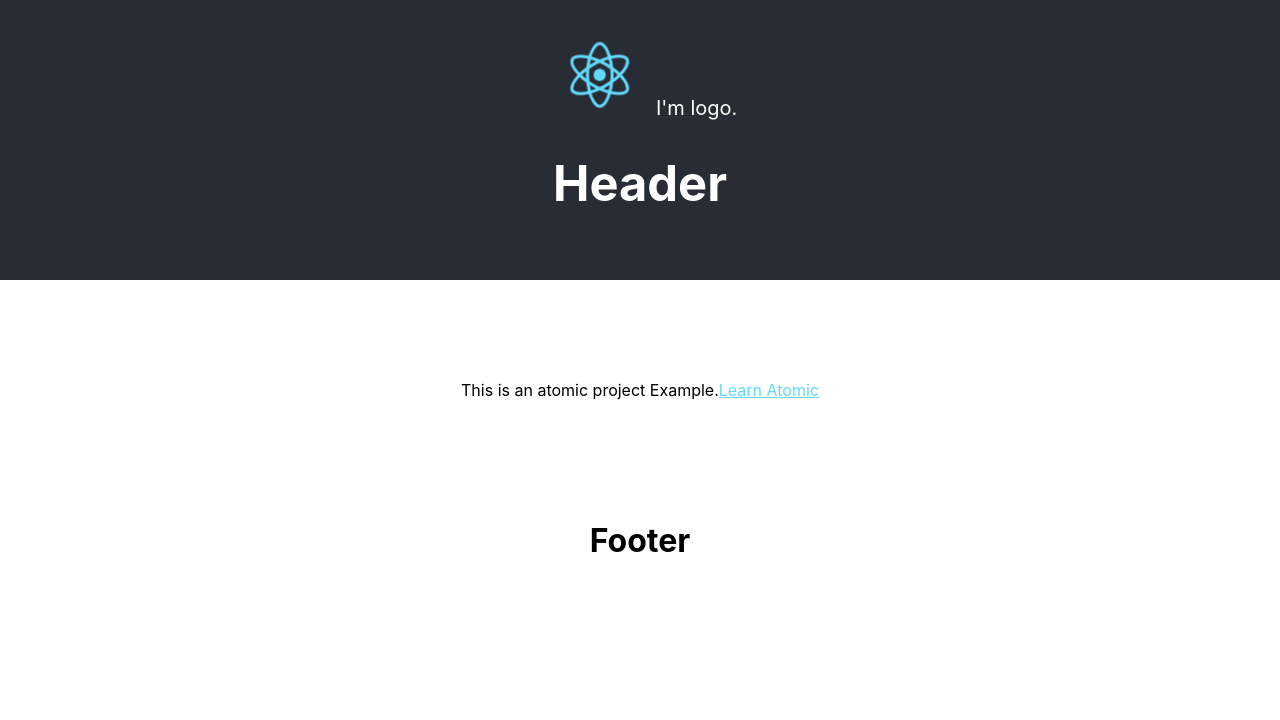
Repository: wewoor/atomic-example
Page: /
An editor plug-in stored every save of this project. The page is shown before and after the next save, followed by the edit.
The browser window is 1280 px wide. The pictures show the whole page.
The project was rebuilt for these pictures with package versions that can differ from the ones it lists, and the page was loaded fresh each time.

Above is the page before, as saved 2018-10-14 18:08:28.

### src/App.js
import React, { Component } from 'react';

import './App.css';

import MainPage from './pages/main';

class App extends Component {
  render() {
    return (
      <div className="App">
         <MainPage/>
      </div>
    );
  }
}

export default App;

### src/App.css
.App {
  text-align: center;
}

.App-link {
  color: #61dafb;
}

.App-content {
  padding: 100px;
}

### src/pages/main/index.js
import React, { Component } from 'react';


import HomePage from '../../components/templates/homepage';

class MainPage extends Component {
  render() {
    return (
      <div className="main">
          <HomePage>
            <div className="App-content">
                This is an atomic project Example.
                <a
                    className="App-link"
                    href="http://atomicdesign.bradfrost.com"
                    target="_blank"
                    rel="noopener noreferrer"
                >
                    Learn Atomic
                </a>

            </div>
          </HomePage>
      </div>
    );
  }
}

export default MainPage;

### src/components/templates/homepage/index.js
import React, { Component } from 'react'

import Header from '../../organisms/header';
import Footer from '../../organisms/footer';

class HomePage extends Component {
    render () {
        return (
            <div className="homepage">
                <Header/>
                {
                    this.props.children
                }
                <Footer/>
            </div>
        )
    }
}

export default HomePage

### src/components/organisms/header/index.js
import React, { Component } from 'react';

import Logo from '../../molecules/logo';
import './style.css';

class Header extends Component {
    render () {
        return (
            <header className="App-header">
                <Logo />
                <h1>Header</h1>
            </header>
        )
    }
}

export default Header

### src/components/organisms/footer/index.js
import React, { Component } from 'react'

class Footer extends Component {
    render () {
        const defaultContent = <h1>Footer</h1>;
        return (
            <div className="App-footer">
                {this.props.children || defaultContent }
            </div>
        )
    }
}

export default Footer

### src/components/molecules/logo/index.js
import React, { Component } from 'react';

import Image from '../../atoms/img';
import './style.css';

class Logo extends Component {
    render () {
        return (
            <div className="logo">
                <Image className="App-logo" name="logo.svg" />
                <span style={{fontSize: 20}}>I'm logo.</span>
            </div>
        )
    }
}

export default Logo;

### src/components/organisms/header/style.css
.App-header {
    background-color: #282c34;
    display: flex;
    flex-direction: column;
    align-items: center;
    justify-content: center;
    font-size: calc(10px + 2vmin);
    color: white;
    height: 200px;
    padding: 40px;
  }

### src/components/atoms/img/index.js
import React, { Component } from 'react';

const baseUrl = '/img';
// eslint-disable-next-line

class Image extends Component {
    render () {
        const { name, className } = this.props;
        return (
            <img className={`m-image ${className}`} src={`${baseUrl}/${name}`} />
        )
    }
}

export default Image

### src/components/molecules/logo/style.css

.App-logo {
    animation: App-logo-spin infinite 20s linear;
    height: 80px;
  }

  @keyframes App-logo-spin {
    from {
      transform: rotate(0deg);
    }
    to {
      transform: rotate(360deg);
    }
  }

### src/components/organisms/footer/style.css

.App-footer {
    background-color: #282c34;
    display: flex;
    flex-direction: column;
    align-items: center;
    justify-content: center;
    font-size: calc(10px + 2vmin);
    color: white;
    height: 200px;
    padding: 40px;
}

Loaded but not shown: public/index.html (common file); src/index.js (common file); src/index.css (common file); src/serviceWorker.js (common file)

After the next save:
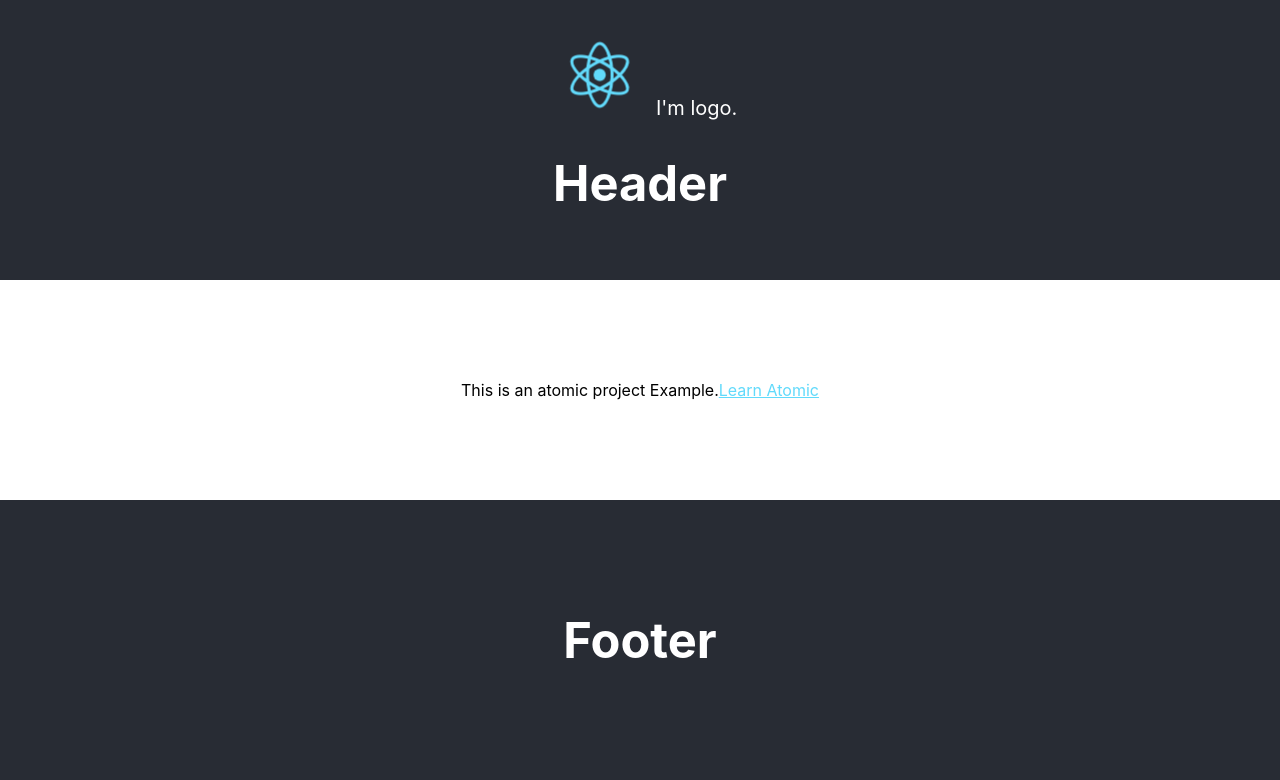
Saved 2 s later.
--- a/src/components/organisms/footer/index.js
+++ b/src/components/organisms/footer/index.js
@@ -1,5 +1,6 @@
 import React, { Component } from 'react'
 
+import './style.css';
 class Footer extends Component {
     render () {
         const defaultContent = <h1>Footer</h1>;
